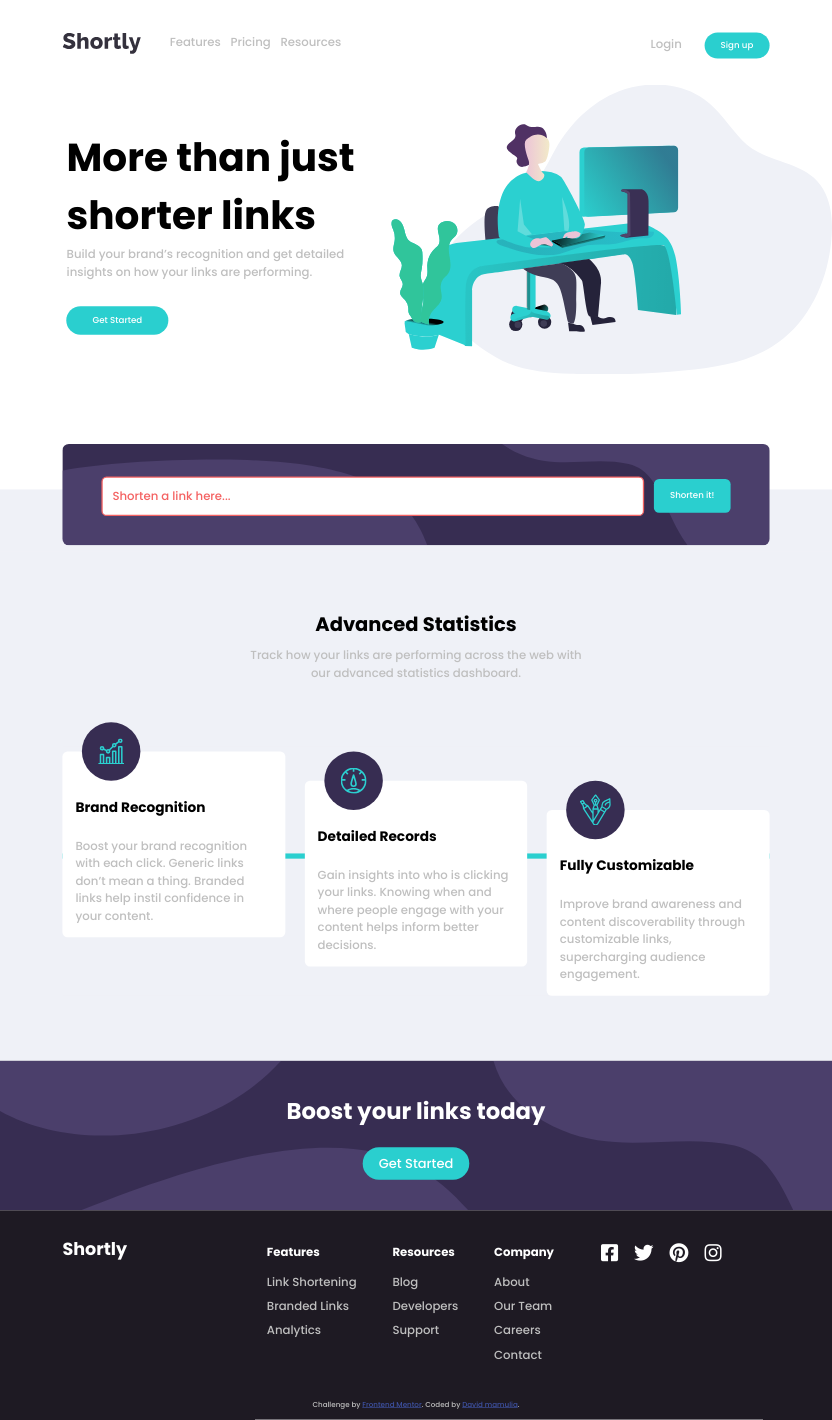
Repository: mamulini/URL-shortener
Page: index.html
An editor plug-in stored every save of this project. The page is shown before and after the next save, followed by the edit.
The browser window is 1280 px wide. The pictures show the whole page, at 65% of full size.
Some web libraries are served in a nearby version. The style sheet was rebuilt from its Sass, Less or Tailwind sources for each picture, by a compiler version that may differ from the author's.

Above is the page before, as saved 2020-04-28 18:17:32.

### index.html
<!DOCTYPE html>
<html lang="en">
<head>
  <meta charset="UTF-8">
  <meta name="viewport" content="width=device-width, initial-scale=1.0"> <!-- displays site properly based on user's device -->

  <link rel="icon" type="image/png" sizes="32x32" href="./images/favicon-32x32.png">
  <link rel="stylesheet" href="https://cdnjs.cloudflare.com/ajax/libs/font-awesome/5.13.0/css/all.min.css">
  <link rel="stylesheet" href="./sass/main.css">

  <title>Frontend Mentor | Shortly URL shortening API Challenge</title>

  <!-- Feel free to remove these styles or customise in your own stylesheet 👍 -->

</head>
<body>
  <header class="header container">
    <a href="/" class="header__logo"><img src="./images/logo.svg" alt="logo">
    </a>
    <nav class="nav">
      <ul class="nav__menu">
        <li class="nav__item"><a class="nav__link" href="#">Features</a></li>
        <li class="nav__item"><a class="nav__link" href="#">Pricing</a></li>
        <li class="nav__item"><a class="nav__link" href="#">Resources</a></li>
      </ul>
      <div class="user">
        <a class="user__login" href="#" >Login</a>
        <button class="user__sign-up btn--blue" type="button">Sign up</button>
      </div>
    </nav>
  </header>
  <main class="main">
    <div class="intro">
      <div class="intro__description">
        <h1 class="intro__title">More than just shorter links</h1>
        <p class="intro__subtitle">Build your brand’s recognition and get detailed insights
          on how your links are performing.</p>
        <button class="intro__btn btn--blue">Get Started</button>

      </div>
      <div class="intro__img">
        <img src="./images/illustration-working.svg" alt="image">
      </div>
    </div>
    <div class="shorten ">
      <div class="shorten__handler container">
        <form class="shorten__form">
          <input class="shorten__input" type="url" pattern="https://.*" value="" placeholder="Shorten a link here...">
          <button class="shorten__btn btn--blue" type="button">Shorten it!</button>

        </form>
        <p class="shorten__subtitle">&nbsp;
        </p>
      </div>
      <div class="shorten__links container"></div>
    </div>
    <div class="statistics ">
      <h2 class="statistics__title">Advanced Statistics</h2>
      <p class="statistics__subtitle">Track how your links are performing across the web with our
        advanced statistics dashboard.</p>
      <div class="blocks_wrapper container">
        <div class="blocks_wrapper__line">
        </div>
        <div class="block block--1">
          <div class="block__icon">
            <img src="./images/icon-brand-recognition.svg" alt="icon" >
          </div>
          <h3 class="block__title">Brand Recognition</h3>
          <p class="block__subtitle">Boost your brand recognition with each click. Generic links don’t
            mean a thing. Branded links help instil confidence in your content.</p>
        </div>
        <div class="block block--2">
          <div class="block__icon">
            <img src="./images/icon-detailed-records.svg" alt="icon" >
          </div>
          <h3 class="block__title">Detailed Records</h3>
          <p class="block__subtitle">Gain insights into who is clicking your links. Knowing when and where
            people engage with your content helps inform better decisions.</p>
        </div>
        <div class="block block--3">
          <div class="block__icon">
            <img src="./images/icon-fully-customizable.svg" alt="icon" >
          </div>
          <h3 class="block__title">Fully Customizable</h3>
          <p class="block__subtitle">Improve brand awareness and content discoverability through customizable
            links, supercharging audience engagement.</p>
        </div>

      </div>
    </div>
    <div class="link_booster">
      <h2 class="link_booster__title">Boost your links today</h2>
      <button class="link_booster__btn btn--blue">Get Started</button>
    </div>
  </main>
  <div class="footer">
    <div class="footer__wrapper container">
      <h2 class="footer__logo">Shortly</h2>
    <div class="footer__menu"><div class="footer__nav-wrapper">
      <h3 class="footer__nav-title">Features</h3>
      <ul class="footer__nav-list">
        <li class="footer__nav-item"><a class="footer__nav-link" href="#">Link Shortening</a></li>
        <li class="footer__nav-item"><a class="footer__nav-link" href="#">Branded Links</a></li>
        <li class="footer__nav-item"><a class="footer__nav-link" href="#">Analytics</a></li>
      </ul>
    </div>
    <div class="footer__nav-wrapper">
      <h3 class="footer__nav-title">Resources</h3>
      <ul class="footer__nav-list">
        <li class="footer__nav-item"><a class="footer__nav-link" href="#">Blog</a></li>
        <li class="footer__nav-item"><a class="footer__nav-link" href="#">Developers</a></li>
        <li class="footer__nav-item"><a class="footer__nav-link" href="#">Support</a></li>
      </ul>
    </div>
    <div class="footer__nav-wrapper">
      <h3 class="footer__nav-title">Company</h3>
      <ul class="footer__nav-list">
        <li class="footer__nav-item"><a class="footer__nav-link" href="#">About</a></li>
        <li class="footer__nav-item"><a class="footer__nav-link" href="#">Our Team</a></li>
        <li class="footer__nav-item"><a class="footer__nav-link" href="#">Careers</a></li>
        <li class="footer__nav-item"><a class="footer__nav-link" href="#">Contact</a></li>
      </ul>
    </div>
  </div>
    <div class="footer__icons-wrapper">
      <a href="#"><i class="fab fa-facebook-square footer__icon"></i></a>
      <a href="#"><i  class="fab fa-twitter footer__icon"></i></a>
      <a href="#"><i class="fab fa-pinterest footer__icon"></i></a>
      <a href="#"><i class="fab fa-instagram footer__icon"></i></a>
    </div>

    </div>
    <div class="attribution">
      Challenge by <a href="https://www.frontendmentor.io?ref=challenge" target="_blank">Frontend Mentor</a>.
      Coded by <a href="#">David mamulia</a>.
    </div>
  </div>
  <script src="./js/main.js"></script>
</body>
</html>

### JS/main.js
const input = document.querySelector('.shorten__input');
const shortenBtn = document.querySelector('.shorten__btn');

input.addEventListener("focus", () => {
    input.value = "https://";
});

class ShortLinks {
    constructor(url, shortUrl){
        this.url = url;
        this.shortUrl = shortUrl;
    }

    static render(obj){
        const content = `
            <div class="shorten__genarate">
                <span class="shorten__long-link">${obj.url}</span>
                <a class="shorten__short-link" href="${obj.shortUrl}" target="_blank">${obj.shortUrl}</a>
                <button class="shorten__copy btn--blue">Copy</button>
                <span class="shorten__close"><i class="fas fa-window-close"></i></i></span >
            </div>
        `;

        document.querySelector(".shorten__links").insertAdjacentHTML("afterbegin", content);
    }
}


let storedLinks = (JSON.parse(localStorage.getItem("locaLinks")));

if (storedLinks){
    storedLinks.forEach(link => {
        ShortLinks.render(link);
    });
}else{ storedLinks = []; }



shortenBtn.addEventListener("click", () => {
    async function inputHandle(){
        const res = await fetch("https://rel.ink/api/links/", {
            method:"POST",
            body: JSON.stringify( {url: `${input.value}`} ),
            headers: { 'Content-Type': 'application/json' }
        });

        if (res.status > 200 && res.status < 400){
            const data = await res.json();

            storedLinks.push(new ShortLinks(input.value, `https://rel.ink/${data.hashid}`));
            input.value = "";

            //save to localStorage
            localStorage.setItem("locaLinks", JSON.stringify(storedLinks));

            ShortLinks.render(storedLinks[storedLinks.length - 1]);
        }else{
            document.querySelector(".shorten__subtitle").innerText = 'Link is not valid';


            setTimeout(() => {
                document.querySelector(".shorten__subtitle").innerText = 'Please add a valid link';

            }, 2000);
        }
    }

    inputHandle();
});


input.addEventListener("keypress", e => {
    if (e.keyCode === 13) {
        e.preventDefault();
        shortenBtn.click();
    }
  });



document.querySelector(".shorten__links").addEventListener("click", (e) => {
    if (e.target.classList.contains("fa-window-close")){
        const delUrl = e.target.parentNode;
        storedLinks = storedLinks.filter(link => link.shortUrl == delUrl);
        //save to localStorage
        localStorage.setItem("locaLinks", JSON.stringify(storedLinks));
        //disappear from DOM
        e.target.parentNode.parentNode.remove();
    }
});

document.querySelector(".shorten").addEventListener("click", (e) => {
    if (e.target.innerText == "Copy"){
        //turn all copy buttons to "Copy" again (in case of they are not)
        const copyButtons = document.querySelectorAll(".shorten__handler div button");

        for (let i = 0; i < copyButtons.length; i++){
            console.log(copyButtons[i]);
            copyButtons[i].style.backgroundColor = "hsl(180, 66%, 49%)";
            copyButtons[i].innerText = "Copy";
        }

        e.target.style.backgroundColor = "hsl(257, 27%, 26%)";
        e.target.innerText = "Copied!";

        //copy shorten link to keyboard
        const copy = e.target.previousElementSibling.innerHTML;
        const input = document.createElement('textarea');
        document.body.appendChild(input);
        input.value = copy;
        input.select();
        document.execCommand('Copy');
        input.remove();
    }
});

### sass/main.scss
@import url('https://fonts.googleapis.com/css2?family=Poppins:wght@500;700&display=swap');

// colors
$text_gray: hsl(0, 0%, 75%);
$cyan_btn:  hsl(180, 66%, 49%);
$dark_bg : #372d52;
$dark_blue: #1e1a23;
$red : hsl(0, 87%, 67%);
$light_bg: #eff1f7;

* {
    padding: 0;
    margin: 0;
    box-sizing: border-box;
}

body{
    font-size: 18px;
    font-family: 'poppins', sans-serif;
    font-weight: 500;

}

img {
    max-width: 100%;
}

.container {
    max-width: 85%;
    margin: 0 auto;
    @media screen and (max-width: 860px) {
        max-width: 95%;
    }
}

.header {
    margin-top: 40px;
    margin-bottom: 40px;
    display: flex;
    justify-content: space-between;
    align-items: center;
    &__logo{
        flex: 1;
        max-width: 150px;
        margin-top: 10px;
    }
}

.nav{
    display: flex;
    justify-content: space-between;
    flex: 2;
    margin-top: 10px;
    // flex: 0 0 25%;
    &__menu{
        display: flex;
        justify-content: space-between;
        list-style: none;


    }

    &__item{
        margin-left: 15px;
    }

    &__link{
        text-decoration: none;
        color: $text_gray;
        &:hover{
            color: #000000;
        }
    }
}

.user{
    // flex: 1;
    // text-align: right;


    &__login{
        color: $text_gray;
        margin-right: 30px;
        text-decoration: none;
        &:hover{
            color: #000000;
        }
    }
}

.btn--blue{
    padding: 10px 25px;
    border: none;
    cursor: pointer;
    display: inline-block;
    border-radius: 50px;
    background: $cyan_btn;
    outline: none;
    color: #ffffff;
    font-family: 'poppins', sans-serif;
    font-weight: 500;

    &:hover{
        opacity: .5;
    }

    &:active{
        transform: scale(0.90);
    }
}

.intro{
    display: flex;
    justify-content: space-between;
    @media screen and (max-width: 768px){
        flex-direction: column;
    }

    &__description{
        display: flex;
        flex-direction: column;
        justify-content: center;
        align-items: flex-start;
        max-width: 500px;
        margin-left: 8%;
        @media screen and (max-width: 768px){
            max-width: 70%;
            margin: 0 auto;
        }
    }

    &__title {
        font-size: 60px;
        @media screen and (max-width: 768px){
            text-align: center;
            font-size: 50px;
        }
    }

    &__subtitle {
        text-align: left;
        color: $text_gray;
        padding-right: 10px;
        @media screen and (max-width: 768px){
            text-align: center;
        }
    }

    &__btn{
        margin-top: 40px;
        padding: 12px 40px;
        @media screen and (max-width: 768px){
            margin: 30px auto;
            // width: 60%;
            padding: 20px 40px;
            font-size: 20px;
        }
    }

    &__img{
        @media screen and (max-width: 768px){
            order: -1;
        }
    }
}

.shorten{
    background: $light_bg;
    margin-top: 170px;

    &__handler{
        background-image: url('../images/bg-shorten-desktop.svg');
        background-position: center;
        background-size: cover;
        background-color: $dark_bg;
        border-radius: 10px;
        position: relative;
        top: -70px;
        margin-bottom: -60px;
    }

    &__form{
        display: flex;
        justify-content: space-between;
        align-items: center;
        padding: 50px 60px 0 60px;
        flex-wrap: wrap;
        @media screen and (max-width: 768px) {
            flex-direction: column;
            padding: 30px 30px 0 30px;

          }
    }

    &__subtitle{
        padding:10px 60px ;
        font-size: 16px;
        color: $red;
    }

    &__input{
        flex: 1;
        padding: 15px;
        border-radius: 8px;
        margin-right: 15px;
        font-family:'poppins', sans-serif;
        border: 2px solid $red;
        outline: none;
        font-size: 18px;
         &::placeholder{
            color: $red;
        }
        @media screen and (max-width: 768px) {
            width: 100%;
            margin: 0;
        }
    }

    &__btn{
        border-radius: 8px;
        padding-top: 15px;
        padding-bottom: 17px;
        @media screen and (max-width: 768px) {
            width: 100%;
            margin-top: 15px;
            font-size: 20px;
        }
    }

    &__subtitle{
        align-self: flex-end;
        @media screen and (max-width: 768px) {
            text-align: center;
        }
    }

    &__links{
        background: $light_bg;
    }



    &__genarate{
        list-style: none;
        display: flex;
        justify-content: space-between;
        align-items: center;
        background: #ffffff;
        border-radius: 8px;
        padding: 15px;
        margin-top: 20px;
        @media screen and (max-width: 768px) {
            flex-direction: column;
        }
    }

    &__long-link{
        flex: 1;
        overflow: hidden;
    }

    &__short-link{
        padding: 15px;
        color: $cyan_btn;
    }

    &__copy{
        margin-right: 10px;
        border-radius: 8px;
        padding: 8px 15px;
        @media screen and (max-width: 768px) {
            margin: 0;
            padding: 16px 30px;
            font-size: 18px;
        }

    }

    &__close{
        cursor: pointer;
        @media screen and (max-width: 768px) {
            font-size: 30px;
            margin-top: 20px;
        }

    }
}

.statistics{
    background: $light_bg;
    text-align: center;
    padding-top: 90px;
    padding-bottom: 100px;


    &__title {
        font-size: 30px;
    }
    &__subtitle{
        max-width: 520px;
        margin: 10px auto;
        color: $text_gray;
    }
}

.blocks_wrapper {
    display: flex;
    justify-content: space-between;
    flex-wrap: wrap;
    background: $light_bg;
    margin-top: 100px;
    @media screen and (max-width: 768px) {
        flex-direction: column;
        flex-wrap: unset;
        text-align: center;
    }
}

.block{
    flex: 0 0 calc(33% - 1.5%);
    background: #ffffff;
    height: 30%;
    text-align: left;
    border-radius: 8px;
    z-index: 1;



    &--2{
        margin-top: 45px;
        @media screen and (max-width: 768px) {
            margin-top: 90px;
        }


    }
    &--3{
        margin-top: 90px;
    }
    &__icon{
        background: $dark_bg ;
        padding: 20px;
        border-radius: 100%;
        display: inline-block;
        width: 90px;
        height: 90px;
        display: flex;
        justify-content: center;
        align-items: center;
        margin-left: 30px;
        transform:translateY(-45px);
        @media screen and (max-width: 768px) {
            margin: 0 auto;
        }
    }
    &__title{
        padding:0 30px 30px 20px;
        margin-top: -20px;
        @media screen and (max-width: 768px) {
            text-align: center;
        }
    }
    &__subtitle{
        padding: 0 20px 20px;
        line-height: 1.5;
        color: $text_gray;
        @media screen and (max-width: 768px) {
            text-align: center;
        }
    }
}

.blocks_wrapper__line{
    background: $cyan_btn;
    height:  8px;
    transform:translateY(165px);
    position: relative;
    flex: 100%;
    @media screen and (max-width: 768px) {
        z-index: 0;
        height: 700px;
        transform: translateY(140px);
        top: 650px;
        width: 12px;
        border: 5px solid $cyan_btn;
        margin: 0 auto;
        justify-self: center;
        flex: none;
        margin-top: -685px;


    }

}

.link_booster{
    text-align: center;
    background: $dark_bg url('../images/bg-boost-desktop.svg') no-repeat center;
    height: 230px;

    &__title{
        color: #ffffff;
        padding-top: 50px;
        font-size: 35px;
    }
    &__btn{
        margin-top: 30px;
        font-size: 20px;
        &:hover{
            opacity: .7;
        }
    }
}


.footer{
    background: $dark_blue;

    &__wrapper{
        padding-top: 50px;
        display: flex;
        justify-content: space-between;
        @media screen and (max-width: 768px) {
            flex-direction: column;
            align-items: center;

        }


    }

    &__menu{
        display: flex;
        flex: 2;
        @media screen and (max-width: 600px) {
            flex-direction: column;
            margin-bottom: 50px;

        }
    }

    &__logo {
        color: #ffffff;
        flex: 1;
        transform: translateY(-10px);
        @media screen and (max-width: 1100px) and (min-width: 970px) {
            flex: .7;
        }
        @media screen and (max-width: 768px) {
            margin-bottom: 50px;

        }

    }

    &__nav-wrapper{
        margin-bottom: 40px;
        margin-left: 55px;
    }

    &__nav-list{
        list-style: none;

    }

    &__nav-item {
        padding-top: 10px;
    }

    &__nav-title{
        color: #ffffff;
        padding-bottom: 10px;
        font-size: 18px;

    }

    &__nav-link{
        text-decoration: none;
        color: $text_gray;
        margin-top: 30px;
        &:hover{
            color: $cyan_btn;
        }
    }

    &__icons-wrapper{
        margin-left: 50px;
        flex: 1;
        @media screen and (max-width: 1100px) and (min-width: 970px) {
            flex: .5;
        }
    }

    &__icon{
        color: #ffffff;
        padding-right: 20px;
        padding-bottom: 20px;
        font-size: 30px;

        &:hover{
            color: $cyan_btn;
        }
    }
}

.attribution { font-size: 11px; text-align: center; color: $text_gray; padding: 15px; }
.attribution a { color: hsl(228, 45%, 44%); }

After the next save:
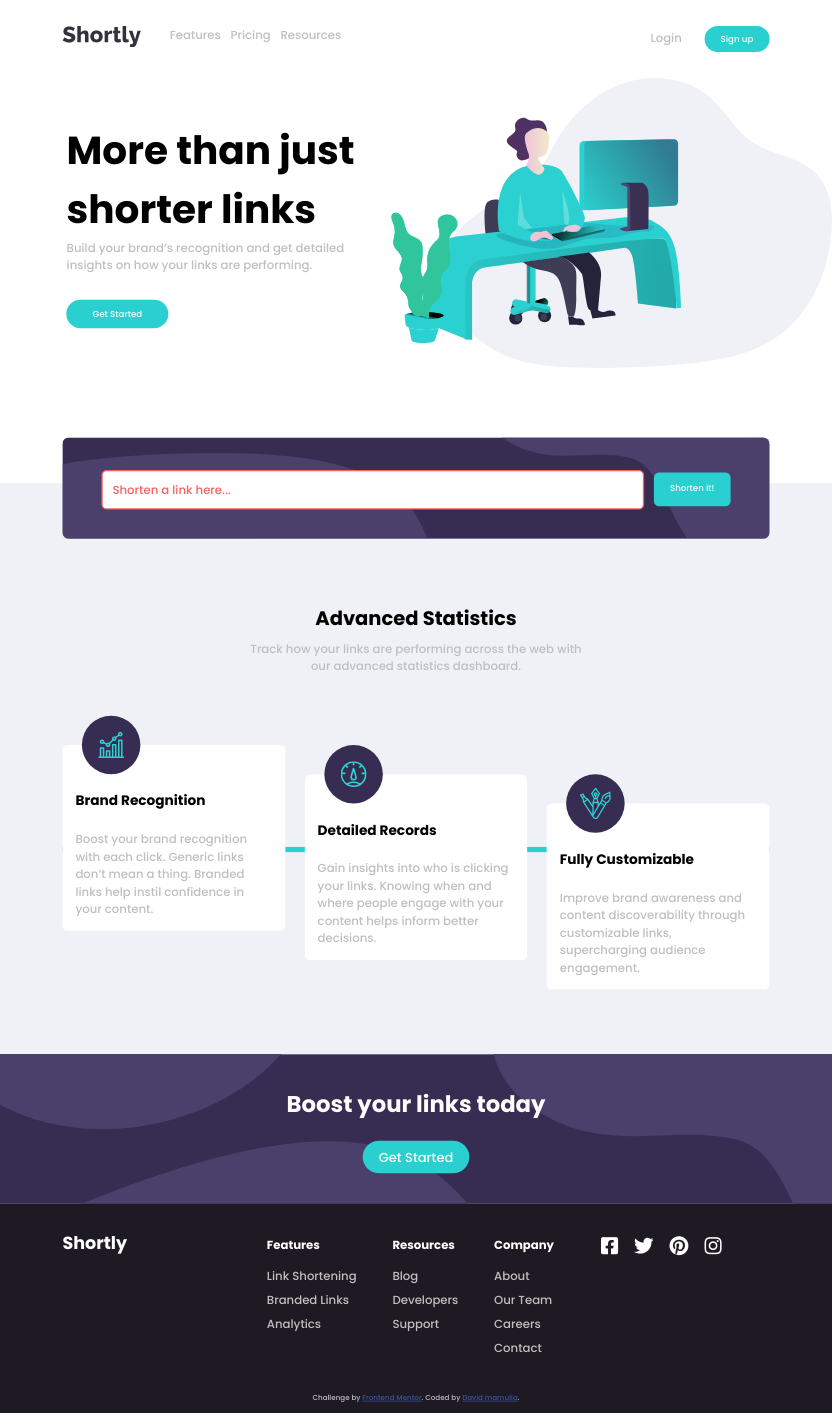
Saved 23 s later.
--- a/sass/main.scss
+++ b/sass/main.scss
@@ -42,7 +42,7 @@ img {
     &__logo{
         flex: 1;
         max-width: 150px;
-        margin-top: 10px;
+        // margin-top: 10px;
     }
 }
 
@@ -50,7 +50,7 @@ img {
     display: flex;
     justify-content: space-between;
     flex: 2;
-    margin-top: 10px;
+    // margin-top: 10px;
     // flex: 0 0 25%;
     &__menu{
         display: flex;
